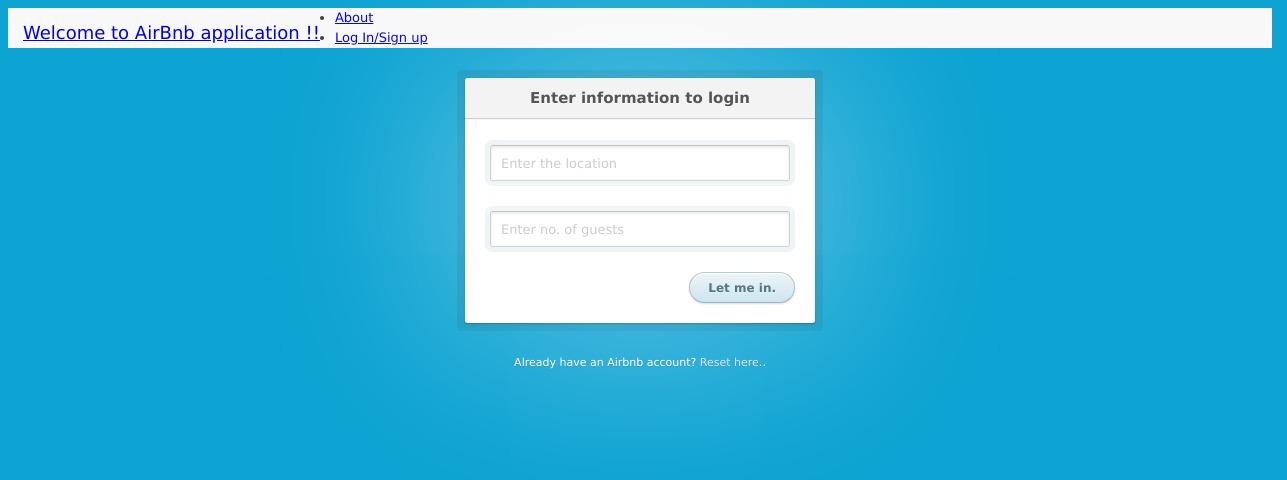
Repository: ShwetaV-Dev/gl-capstoneproject
Page: http://localhost/login
The author's editor kept a record of every edit. The page is drawn from the files as they stood at one moment, then again after the next edit.
The browser window is 1280 px wide. The page is 1287 px wide, so the pictures cover 1287 px, including what lies to the right of the window. The pictures show the whole page.
The page is served by the project's Node server (app.js).

Above is the page before.

### views/login.ejs
<%- include _header %>
<div class="login">
  <h1>Enter information to login</h1>
  <form method="post" action="/submit-data">
    <p><input type="text" name="Where:" value="" placeholder="Enter the location"></p>
    <p><input type="text" name="Guests:" value="" placeholder="Enter no. of guests"></p>
    <p class="submit"><input type="submit" name="commit" value="Let me in."></p>
  </form>
</div>

<div class="login-help">
  <p>Already have an Airbnb account? <a href="#">Reset here.</a>.</p>
</div>

<% include _footer %>

### views/_header.ejs
<!DOCTYPE html>

<html>
<head>
    <meta charset="utf-8">
    <title>Welcome to AirBnb application !!</title>
    <link rel="stylesheet" type="text/css" href="/css/style.css">
</head>

<body>
<div class="navbar-default" role="navigation">
     <div class="container">
        <div class="navbar-header">
        <a class="navbar-brand" href="/">Welcome to AirBnb application !!</a>
        </div>
       <ul class="nav navbar-nav navbar-right">
        <li><a href="/about">About</a></li>
        <li><a href="/login">Log In/Sign up</a></li>
        </ul>
    </div>
</div>

<div class="container">

### app.js
var express = require('express');
var path = require('path');

var routes = require('./routes');
var app = express();
//app.use(express.static("public"));
app.use(express.static(path.join(__dirname, '')));

// define routes here..

app.set("port", process.env.port || 8080)

app.set("views", path.join(__dirname, "views"));
app.set("view engine", "ejs");

app.use(routes);

app.listen(app.get("port"), function () {
    console.log('Server started on port..', app.get("port"));
});

### routes.js
var express = require('express');
var router = express.Router();
var path = require('path');

var app = express();
app.use(express.static(path.join(__dirname, '')));

router.get('/', function (req, res) {
    console.log("hello router page here");
    res.render("index");
     //res.send("hello router page here")
    //res.sendFile('test.html', { root: __dirname });
});

router.get('/login', function (req, res) {
    console.log("hello login page here");
    res.render("login");
});
router.get('/about', function (req, res) {
    console.log("hello about page here");
    res.render("about");
});

module.exports = router;

### css/style.css
body {
  font: 13px/20px "Lucida Grande", Tahoma, Verdana, sans-serif;
  color: #404040;
  background: #0ca3d2;
}

.login {
  position: relative;
  margin: 30px auto;
  padding: 20px 20px 20px;
  width: 310px;
  background: white;
  border-radius: 3px;
  -webkit-box-shadow: 0 0 200px rgba(255, 255, 255, 0.5), 0 1px 2px rgba(0, 0, 0, 0.3);
  box-shadow: 0 0 200px rgba(255, 255, 255, 0.5), 0 1px 2px rgba(0, 0, 0, 0.3);
}

.login:before {
  content: '';
  position: absolute;
  top: -8px;
  right: -8px;
  bottom: -8px;
  left: -8px;
  z-index: -1;
  background: rgba(0, 0, 0, 0.08);
  border-radius: 4px;
}

.login h1 {
  margin: -20px -20px 21px;
  line-height: 40px;
  font-size: 15px;
  font-weight: bold;
  color: #555;
  text-align: center;
  text-shadow: 0 1px white;
  background: #f3f3f3;
  border-bottom: 1px solid #cfcfcf;
  border-radius: 3px 3px 0 0;
  background-image: -webkit-linear-gradient(top, whiteffd, #eef2f5);
  background-image: -moz-linear-gradient(top, whiteffd, #eef2f5);
  background-image: -o-linear-gradient(top, whiteffd, #eef2f5);
  background-image: linear-gradient(to bottom, whiteffd, #eef2f5);
  -webkit-box-shadow: 0 1px whitesmoke;
  box-shadow: 0 1px whitesmoke;
}

.login p {
  margin: 20px 0 0;
}

.login p:first-child {
  margin-top: 0;
}

.login input[type=text], .login input[type=password] {
  width: 278px;
}

.login p.remember_me {
  float: left;
  line-height: 31px;
}

.login p.remember_me label {
  font-size: 12px;
  color: #777;
  cursor: pointer;
}

.login p.remember_me input {
  position: relative;
  bottom: 1px;
  margin-right: 4px;
  vertical-align: middle;
}

.login p.submit {
  text-align: right;
}

.login-help {
  margin: 20px 0;
  font-size: 11px;
  color: white;
  text-align: center;
  text-shadow: 0 1px #2a85a1;
}

.login-help a {
  color: #cce7fa;
  text-decoration: none;
}

.login-help a:hover {
  text-decoration: underline;
}

:-moz-placeholder {
  color: #c9c9c9 !important;
  font-size: 13px;
}

::-webkit-input-placeholder {
  color: #ccc;
  font-size: 13px;
}

.navbar-default{background-color:#f8f8f8;border-color:#e7e7e7}
.navbar-brand{float:left;height:50px;padding:15px 15px;font-size:18px;line-height:20px}
.navbar-nav{margin:7.5px -15px}

input {
  font-family: 'Lucida Grande', Tahoma, Verdana, sans-serif;
  font-size: 14px;
}

input[type=text], input[type=password] {
  margin: 5px;
  padding: 0 10px;
  width: 200px;
  height: 34px;
  color: #404040;
  background: white;
  border: 1px solid;
  border-color: #c4c4c4 #d1d1d1 #d4d4d4;
  border-radius: 2px;
  outline: 5px solid #eff4f7;
  -moz-outline-radius: 3px;
  -webkit-box-shadow: inset 0 1px 3px rgba(0, 0, 0, 0.12);
  box-shadow: inset 0 1px 3px rgba(0, 0, 0, 0.12);
}

input[type=text]:focus, input[type=password]:focus {
  border-color: #7dc9e2;
  outline-color: #dceefc;
  outline-offset: 0;
}

input[type=submit] {
  padding: 0 18px;
  height: 29px;
  font-size: 12px;
  font-weight: bold;
  color: #527881;
  text-shadow: 0 1px #e3f1f1;
  background: #cde5ef;
  border: 1px solid;
  border-color: #b4ccce #b3c0c8 #9eb9c2;
  border-radius: 16px;
  outline: 0;
  -webkit-box-sizing: content-box;
  -moz-box-sizing: content-box;
  background-image: -webkit-linear-gradient(top, #edf5f8, #cde5ef);
  background-image: -moz-linear-gradient(top, #edf5f8, #cde5ef);
  background-image: -o-linear-gradient(top, #edf5f8, #cde5ef);
  background-image: linear-gradient(to bottom, #edf5f8, #cde5ef);
  -webkit-box-shadow: inset 0 1px white, 0 1px 2px rgba(0, 0, 0, 0.15);
  box-shadow: inset 0 1px white, 0 1px 2px rgba(0, 0, 0, 0.15);
}

input[type=submit]:active {
  background: #cde5ef;
  border-color: #9eb9c2 #b3c0c8 #b4ccce;
  -webkit-box-shadow: inset 0 0 3px rgba(0, 0, 0, 0.2);
  box-shadow: inset 0 0 3px rgba(0, 0, 0, 0.2);
}

.lt-ie9 input[type=text], .lt-ie9 input[type=password] {
  line-height: 34px;
}

Loaded but not shown: views/_footer.ejs (common file)

After the next edit:
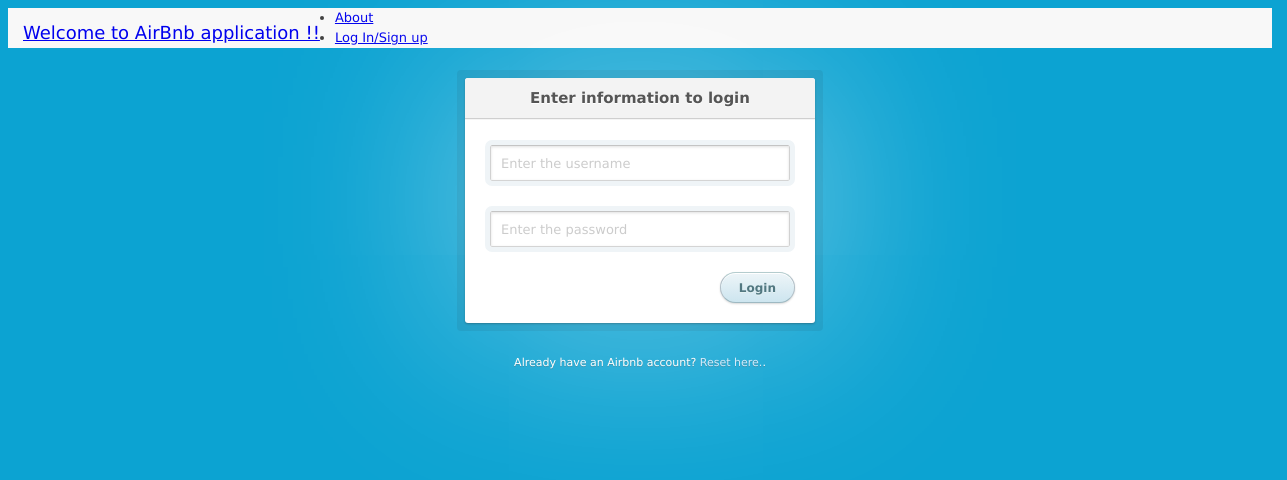
The edit:
--- a/views/login.ejs
+++ b/views/login.ejs
@@ -2,9 +2,9 @@
 <div class="login">
   <h1>Enter information to login</h1>
   <form method="post" action="/submit-data">
-    <p><input type="text" name="Where:" value="" placeholder="Enter the location"></p>
-    <p><input type="text" name="Guests:" value="" placeholder="Enter no. of guests"></p>
-    <p class="submit"><input type="submit" name="commit" value="Let me in."></p>
+    <p><input type="text" name="Username:" value="" placeholder="Enter the username"></p>
+    <p><input type="text" name="Guests:" value="" placeholder="Enter the password"></p>
+    <p class="submit"><input type="submit" name="commit" value="Login"></p>
   </form>
 </div>
 
